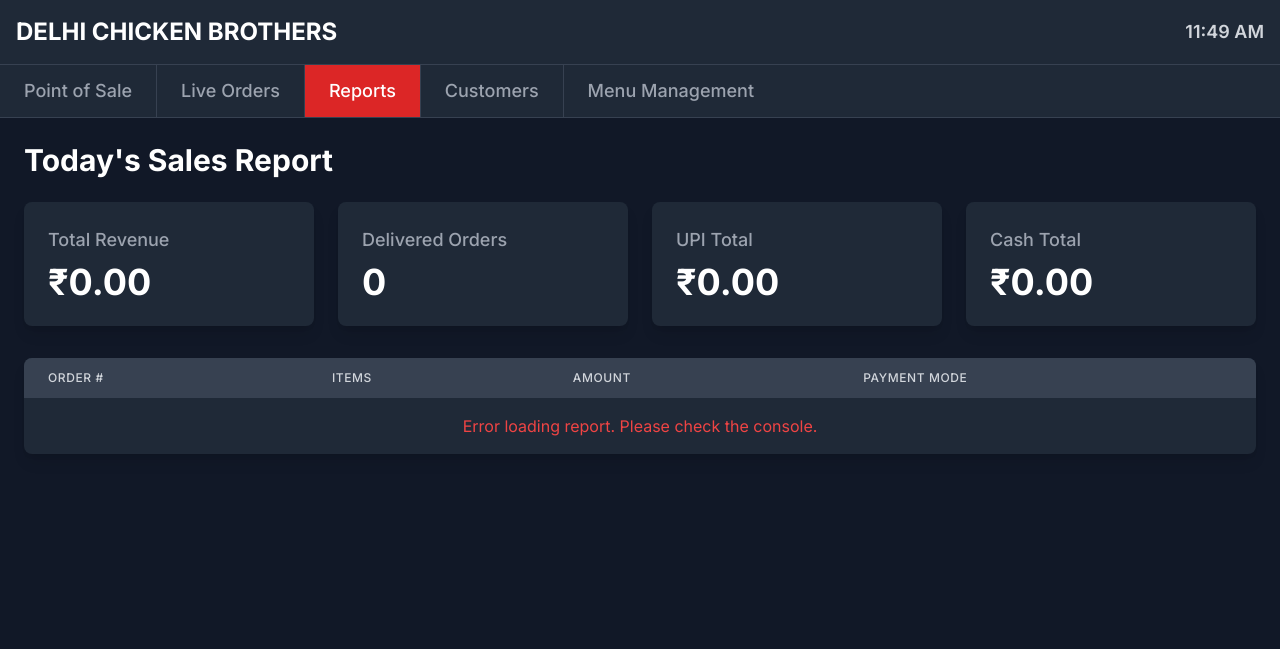
Repository: roydigital/dcb-pos-app
Page: reports.html
An editor plug-in stored every save of this project. The page is shown before and after the next save, followed by the edit.
The browser window is 1280 px wide. The pictures show the whole page.
The page's requests for data from a server got no answer. Some web libraries are served in a nearby version.

Above is the page before, as saved 2025-09-17 19:07:02.

### reports.html
<!DOCTYPE html>
<html lang="en">
<head>
    <meta charset="UTF-8">
    <meta name="viewport" content="width=device-width, initial-scale=1.0">
    <title>Daily Sales Report - DCB POS</title>
    <script src="https://cdn.tailwindcss.com"></script>
    <link rel="preconnect" href="https://fonts.googleapis.com">
    <link rel="preconnect" href="https://fonts.gstatic.com" crossorigin>
    <link href="https://fonts.googleapis.com/css2?family=Inter:wght@400;500;600;700&display=swap" rel="stylesheet">
    <style>
        body {
            font-family: 'Inter', sans-serif;
        }
    </style>
</head>
<body class="bg-gray-900 text-gray-200">
    <div class="flex flex-col h-screen">
        <!-- Header -->
        <header class="bg-gray-800 p-4 flex justify-between items-center shadow-md">
            <h1 class="text-2xl font-bold text-white">DELHI CHICKEN BROTHERS</h1>
            <div id="current-time" class="text-lg font-semibold text-gray-300"></div>
        </header>

        <!-- Navigation Bar -->
        <nav class="bg-gray-800 border-t border-b border-gray-700">
            <div class="flex">
                <a href="index.html" class="px-6 py-3 text-lg font-medium text-gray-400 hover:bg-gray-700 border-r border-gray-700">Point of Sale</a>
                <a href="live-orders.html" class="px-6 py-3 text-lg font-medium text-gray-400 hover:bg-gray-700 border-r border-gray-700">Live Orders</a>
                <a href="reports.html" class="px-6 py-3 text-lg font-medium bg-red-600 text-white border-r border-gray-700">Reports</a>
                <a href="customers.html" class="px-6 py-3 text-lg font-medium text-gray-400 hover:bg-gray-700 border-r border-gray-700">Customers</a>
                <a href="menu-management.html" class="px-6 py-3 text-lg font-medium text-gray-400 hover:bg-gray-700">Menu Management</a>
            </div>
        </nav>

        <!-- Main Content -->
        <main class="flex-grow p-6">
            <h2 class="text-3xl font-bold text-white mb-6">Today's Sales Report</h2>

            <!-- Stat Cards -->
            <div class="grid grid-cols-1 md:grid-cols-2 lg:grid-cols-4 gap-6 mb-8">
                <div class="bg-gray-800 p-6 rounded-lg shadow-lg">
                    <h3 class="text-gray-400 text-lg font-medium">Total Revenue</h3>
                    <p id="total-revenue" class="text-4xl font-bold text-white mt-2">₹0.00</p>
                </div>
                <div class="bg-gray-800 p-6 rounded-lg shadow-lg">
                    <h3 class="text-gray-400 text-lg font-medium">Delivered Orders</h3>
                    <p id="order-count" class="text-4xl font-bold text-white mt-2">0</p>
                </div>
                <div class="bg-gray-800 p-6 rounded-lg shadow-lg">
                    <h3 class="text-gray-400 text-lg font-medium">UPI Total</h3>
                    <p id="upi-total" class="text-4xl font-bold text-white mt-2">₹0.00</p>
                </div>
                <div class="bg-gray-800 p-6 rounded-lg shadow-lg">
                    <h3 class="text-gray-400 text-lg font-medium">Cash Total</h3>
                    <p id="cash-total" class="text-4xl font-bold text-white mt-2">₹0.00</p>
                </div>
            </div>

            <!-- Orders Table -->
            <div class="bg-gray-800 rounded-lg shadow-lg overflow-hidden">
                <table class="min-w-full">
                    <thead class="bg-gray-700">
                        <tr>
                            <th class="px-6 py-3 text-left text-xs font-medium text-gray-300 uppercase tracking-wider">Order #</th>
                            <th class="px-6 py-3 text-left text-xs font-medium text-gray-300 uppercase tracking-wider">Items</th>
                            <th class="px-6 py-3 text-left text-xs font-medium text-gray-300 uppercase tracking-wider">Amount</th>
                            <th class="px-6 py-3 text-left text-xs font-medium text-gray-300 uppercase tracking-wider">Payment Mode</th>
                        </tr>
                    </thead>
                    <tbody id="report-table-body" class="divide-y divide-gray-700">
                        <!-- Rows will be inserted here dynamically -->
                    </tbody>
                </table>
            </div>
        </main>
    </div>

    <script>
        async function fetchSalesReport() {
            try {
                const response = await fetch('/api/reports/today');
                if (!response.ok) {
                    throw new Error(`HTTP error! status: ${response.status}`);
                }
                const data = await response.json();

                // Update stat cards
                document.getElementById('total-revenue').textContent = `₹${data.totalRevenue.toFixed(2)}`;
                document.getElementById('order-count').textContent = data.orderCount;
                document.getElementById('upi-total').textContent = `₹${(data.paymentBreakdown.upi || 0).toFixed(2)}`;
                document.getElementById('cash-total').textContent = `₹${(data.paymentBreakdown.cash || 0).toFixed(2)}`;

                // Populate table
                const tableBody = document.getElementById('report-table-body');
                tableBody.innerHTML = ''; // Clear existing rows

                if (data.orders.length === 0) {
                    const row = `<tr><td colspan="4" class="text-center py-4 text-gray-500">No delivered orders found for today.</td></tr>`;
                    tableBody.innerHTML = row;
                    return;
                }

                data.orders.forEach(order => {
                    const itemsSummary = order.items.map(item => `${item.quantity}x ${item.name}`).join(', ');
                    const row = `
                        <tr class="hover:bg-gray-700">
                            <td class="px-6 py-4 whitespace-nowrap font-medium">#${order.orderNumber}</td>
                            <td class="px-6 py-4 whitespace-normal">${itemsSummary}</td>
                            <td class="px-6 py-4 whitespace-nowrap font-semibold">₹${order.totalAmount.toFixed(2)}</td>
                            <td class="px-6 py-4 whitespace-nowrap capitalize">${order.paymentMode}</td>
                        </tr>
                    `;
                    tableBody.innerHTML += row;
                });

            } catch (error) {
                console.error('Failed to fetch sales report:', error);
                const tableBody = document.getElementById('report-table-body');
                tableBody.innerHTML = `<tr><td colspan="4" class="text-center py-4 text-red-500">Error loading report. Please check the console.</td></tr>`;
            }
        }

        function updateTime() {
            const timeEl = document.getElementById('current-time');
            const now = new Date();
            timeEl.textContent = now.toLocaleTimeString('en-US', { hour: '2-digit', minute: '2-digit', hour12: true });
        }

        // Initial calls
        document.addEventListener('DOMContentLoaded', fetchSalesReport);
        updateTime();
        setInterval(updateTime, 1000);
    </script>
</body>
</html>

After the next save:
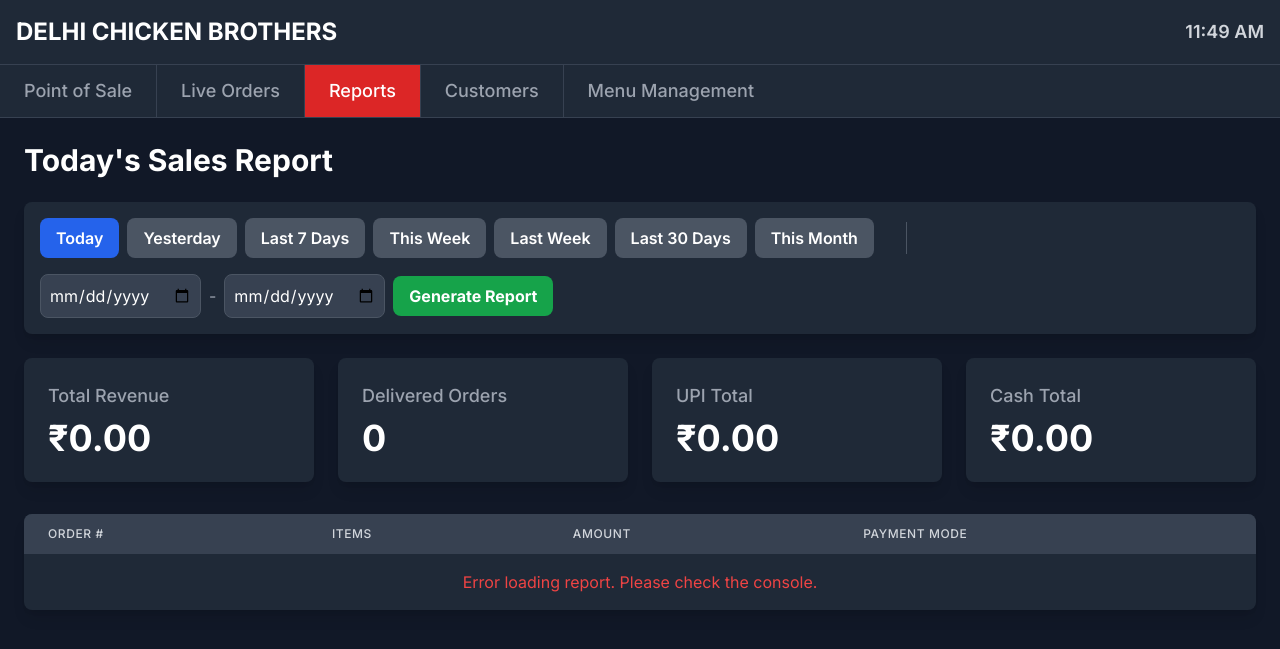
Saved 3 min 18 s later.
--- a/reports.html
+++ b/reports.html
@@ -35,7 +35,39 @@
 
         <!-- Main Content -->
         <main class="flex-grow p-6">
-            <h2 class="text-3xl font-bold text-white mb-6">Today's Sales Report</h2>
+            <div class="flex justify-between items-center mb-6">
+                <h2 id="report-heading" class="text-3xl font-bold text-white">Today's Sales Report</h2>
+            </div>
+
+            <!-- Date Range Selector -->
+            <div class="bg-gray-800 p-4 rounded-lg shadow-lg mb-6">
+                <div class="flex flex-wrap items-center gap-4">
+                    <!-- Predefined Ranges -->
+                    <div class="flex items-center gap-2 flex-wrap">
+                        <button id="btn-today" class="bg-blue-600 hover:bg-blue-700 text-white font-semibold py-2 px-4 rounded-lg">Today</button>
+                        <button id="btn-yesterday" class="bg-gray-600 hover:bg-gray-700 text-white font-semibold py-2 px-4 rounded-lg">Yesterday</button>
+                        <button id="btn-last-7-days" class="bg-gray-600 hover:bg-gray-700 text-white font-semibold py-2 px-4 rounded-lg">Last 7 Days</button>
+                        <button id="btn-this-week" class="bg-gray-600 hover:bg-gray-700 text-white font-semibold py-2 px-4 rounded-lg">This Week</button>
+                        <button id="btn-last-week" class="bg-gray-600 hover:bg-gray-700 text-white font-semibold py-2 px-4 rounded-lg">Last Week</button>
+                        <button id="btn-last-30-days" class="bg-gray-600 hover:bg-gray-700 text-white font-semibold py-2 px-4 rounded-lg">Last 30 Days</button>
+                        <button id="btn-this-month" class="bg-gray-600 hover:bg-gray-700 text-white font-semibold py-2 px-4 rounded-lg">This Month</button>
+                    </div>
+                    <div class="h-8 border-l border-gray-600 mx-4 hidden md:block"></div>
+                    <!-- Custom Date Range -->
+                    <div class="flex items-center gap-2 flex-wrap">
+                        <div>
+                            <label for="start-date" class="sr-only">Start Date</label>
+                            <input type="date" id="start-date" class="bg-gray-700 border border-gray-600 text-white rounded-lg p-2">
+                        </div>
+                        <span class="text-gray-400">-</span>
+                        <div>
+                            <label for="end-date" class="sr-only">End Date</label>
+                            <input type="date" id="end-date" class="bg-gray-700 border border-gray-600 text-white rounded-lg p-2">
+                        </div>
+                        <button id="btn-generate" class="bg-green-600 hover:bg-green-700 text-white font-bold py-2 px-4 rounded-lg">Generate Report</button>
+                    </div>
+                </div>
+            </div>
 
             <!-- Stat Cards -->
             <div class="grid grid-cols-1 md:grid-cols-2 lg:grid-cols-4 gap-6 mb-8">
